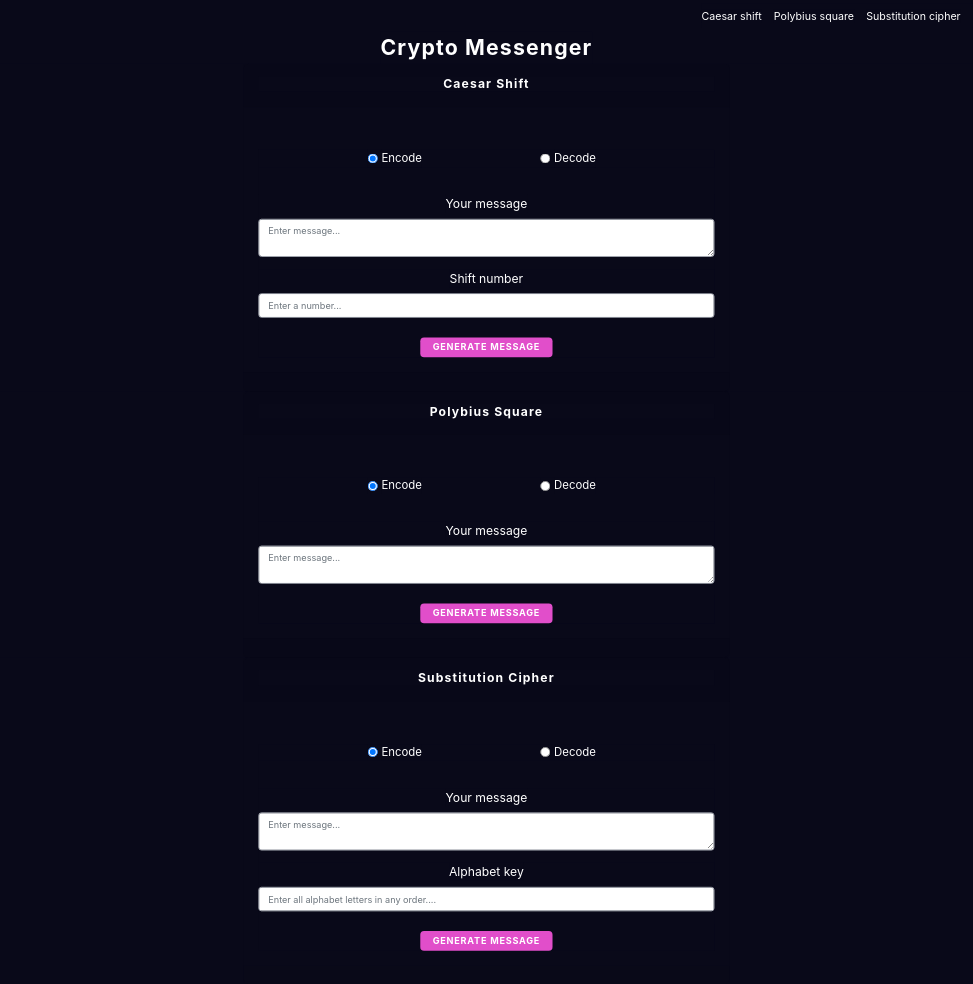
Repository: Rthompson2548/Project-Decoder-Ring
Page: index.html
An editor plug-in stored every save of this project. The page is shown before and after the next save, followed by the edit.
The browser window is 1280 px wide. The pictures show the whole page, at 76% of full size.

Above is the page before, as saved 2022-04-09 20:18:22.

### index.html
<!DOCTYPE html>
<html lang="en">

<head>
  <!-- Required meta tags -->
  <meta charset="utf-8" />
  <meta name="viewport" content="width=device-width, initial-scale=1, shrink-to-fit=no" />
  <link rel="icon" href="images/favicon.ico" />
  <link rel="stylesheet" type="text/css" href="index.css" />
  <link rel="stylesheet" href="https://stackpath.bootstrapcdn.com/bootstrap/4.5.2/css/bootstrap.min.css"
    integrity="sha384-JcKb8q3iqJ61gNV9KGb8thSsNjpSL0n8PARn9HuZOnIxN0hoP+VmmDGMN5t9UJ0Z" crossorigin="anonymous" />
<link rel="preconnect" href="https://fonts.googleapis.com">
<link rel="preconnect" href="https://fonts.gstatic.com" crossorigin>
<link href="https://fonts.googleapis.com/css2?family=Archivo&family=Montserrat&family=Work+Sans&display=swap"
  rel="stylesheet">
  <title>Crypto-Messenger</title>
</head>

<body>
  <header class="container-fluid border-0">
    <div class="nav-bar fixed-top">
      <div class="nav-bar">
        <a href="#caesar-shift"> <span class="nav-bar-item">
            Caesar shift
          </span> </a>
          <a href="#polybius-square"> <span class="nav-bar-item">
            Polybius square
          </span> </a>
          <a href="#substitution-cipher"> <span class="nav-bar-item">
            Substitution cipher
          </span> </a>
      </div>
    </div>
  </header>
  <main>
    <div class="header">
      <span class="page-title">
        Crypto Messenger
      </span>
      <!-- <p>Use ciphers to encode & decode messages</p> -->
      </div>

    <div class="page-content">
      <!-- Caesar Shift -->
      <section>
        <div class="language-card" id="caesar-shift">
          <div class="card-header">
            <h2 class="language-card-title">Caesar Shift</h2>
            </div>
            <div class="card-body">

            <form id="caesar">
<!-- encode/decode radio option buttons -->
              <div class="encode-decode-options">
                <!-- encode option radio button -->
                <div class="form-check form-check-inline">
                  <input class="form-check-input" type="radio" name="caesar-options" id="caesar-options-encode" value="encode" checked />

                  <label class="form-check-label" for="caesar-options-encode">
                    Encode
                  </label>

                </div>
<!-- decode option radio button -->
                <div class="form-check form-check-inline">
                  <input class="form-check-input" type="radio" name="caesar-options" id="caesar-options-decode" value="decode" />

                  <label class="form-check-label" for="caesar-options-decode">
                    Decode
                  </label>

                </div>
              </div>

              <div class="form-group">
                <label for="caesar-input">Your message</label>
                <textarea class="form-control" id="caesar-input" rows="2" placeholder="Enter message..."></textarea>
                </div>
                <div class="form-group">
                  <label for="caesar-shift">Shift number</label>
                  <input type="number" class="form-control" id="caesar-shift" placeholder="Enter a number..." />
                </div>
              <div class="submit-button-container">
                <button class="submit-button" type="submit">GENERATE MESSAGE</button>
              </div>
            </form>
            </div>
          <div id="caesar-alert" class="alert alert-danger d-none" role="alert"> Something went wrong! Check your input
            and the shift amount and try again. </div>
          <div class="card-footer"><span class="font-weight-bold" id="caesar-output"></span> </div>
          </div>
          </section>
      <!-- Polybius -->
      <section>
        <div class="language-card" id="polybius-square">
          <div class="card-header">
            <h2 class="language-card-title">Polybius Square</h2>
            </div>
            <div class="card-body">
            <!-- <p class="language-card-description"> The Polybius Square is a cipher that is achieved by arranging a
              typical alphabet into a grid. Each letter is represented through a coordinate. For example, in the above
              table, the letter "B" would be represented by the numerical pair "21". </p> -->
            <form id="polybius">
              <div class="encode-decode-options">
                <div class="form-check form-check-inline">
                  <input class="form-check-input" type="radio" name="polybius-options" id="polybius-options-encode" value="encode"
                    checked />
                  <label class="form-check-label" for="polybius-options-encode">Encode</label>
                </div>
                <div class="form-check form-check-inline">
                  <input class="form-check-input" type="radio" name="polybius-options" id="polybius-options-decode" value="decode" />
                  <label class="form-check-label" for="polybius-options-decode">Decode</label>
                </div>
              </div>
              <div class="form-group">
                <label for="polybius-input">Your message</label>
                <textarea class="form-control" id="polybius-input" rows="2" placeholder="Enter message..."></textarea>
                </div>
              <div class="submit-button-container">
                <button class="submit-button" type="submit">GENERATE MESSAGE</button>
              </div>
            </form>
            </div>
          <div id="polybius-alert" class="alert alert-danger d-none" role="alert"> Something went wrong! Check your
            input and try again. </div>
          <div class="card-footer"><span class="font-weight-bold" id="polybius-output"></span> </div>
          </div>
          </section>
      <!-- Substitution -->
      <section id="substitution-cipher">
        <div class="language-card">
          <div class="card-header">
            <h2 class="language-card-title">Substitution Cipher</h2>
            </div>
            <div class="card-body">

            <form id="substitution">
              <div class="encode-decode-options">
                <div class="form-check form-check-inline">
                  <input class="form-check-input" type="radio" name="substitution-options" id="substitution-options-encode"
                    value="encode" checked />
                  <label class="form-check-label" for="substitution-options-encode">Encode</label>
                </div>
                <div class="form-check form-check-inline">
                  <input class="form-check-input" type="radio" name="substitution-options" id="substitution-options-decode"
                    value="decode" />
                  <label class="form-check-label" for="substitution-options-decode">Decode</label>
                </div>
              </div>
              <div class="form-group">
                <label for="substitution-input">Your message</label>
                <textarea class="form-control" id="substitution-input" rows="2" placeholder="Enter message..."></textarea>
                </div>
                <div class="form-group">
                  <label for="substitution-alphabet">Alphabet key</label>
                  <input type="text" class="form-control" id="substitution-alphabet" maxlength="26"
                    placeholder="Enter all alphabet letters in any order...." />
                </div>
              <div class="submit-button-container">
                <button class="submit-button" type="submit">GENERATE MESSAGE</button>
              </div>
            </form>
            </div>
          <div id="substitution-alert" class="alert alert-danger rounded-0 d-none" role="alert"> Something went wrong!
            Check your input and alphabet key. </div>
          <div class="card-footer border-0"><span class="font-weight-bold" id="substitution-output"></span> </div>
          </div>
          </section>
    </div>

  </main>
  <script src="./scripts/setup.js"></script>
  <script src="./src/caesar.js"></script>
  <script src="./src/polybius.js"></script>
  <script src="./src/substitution.js"></script>
  <script src="./scripts/caesar.js"></script>
  <script src="./scripts/polybius.js"></script>
  <script src="./scripts/substitution.js"></script>
</body>

</html>

### index.css
* {
  background-color: rgb(9 9 25);
  color: #fff;
  margin: 0;
  padding: 0;
}

html, body, #page {
    /* height:100%; */
    /* width:100%; */
    margin:0;
    padding:0;
    font-family: 'Montserrat', sans-serif;
}

input, textarea {
  font-size: 12px !important;
}

.page-content {
  /* font-family: 'Space Mono', monospace; */
  align-items: center;
  /* width: 750px; */
}

.page-title {
  color: #fff;
  font-size: 28px;
  font-weight: bold;
  display: flex;
  letter-spacing: 1.5px;
  justify-content: center;
  margin-top: 42px;
}

.nav-bar {
  display: flex;
  justify-content: center;
  padding: 4px 0;
}

.nav-bar-item {
  font-size: 14px;
  margin-right: 16px;
}

.header {
  display: flex;
  justify-content: center;
}

.encode-decode-options {
  display: flex;
  justify-content: space-evenly;
  margin: 36px 0;
  font-size: 15px;
}

section {
  text-align: center;
}

label {

}

.language-card {
  display: inline-block;
  width: 50%;
  color: #000;
  border: none;
  border-radius: 8px;
  margin: 0 10%;
}

.language-card-title {
  font-size: 20px;
  font-weight: bold;
  letter-spacing: 1.5px;
  margin-top: 5px;
}

.language-card-description {
  font-size: 14px;
  line-height: 1.5rem;
  letter-spacing: 0.5px;
  margin-bottom: 18px;
}

.submit-button-container {
  display: flex;
  justify-content: center;
}

.submit-button {
  background-color: rgb(225 78 202);
  border: none;
  color: #fff;
  border-radius: 5px;
  padding: 4px 16px;
  margin-top: 10px;
  font-size: 12px;
  letter-spacing: 1px;
  font-weight: bold;
}

@media (min-width: 1000px) {

  .page-content {

  }

  .nav-bar {
    justify-content: end;
  }

  .language-card-title {
    font-size: 16px;
  }

  .language-card-description {
    font-size: 12px;
  }


}

### src/caesar.js
const caesarModule = (function() {
    function caesar(input, shift, encode = true) {
        if (!shift || shift === 0 || shift < -25 || shift > 25) return false;
        /* create a variable that takes the input value and converts it to lower case letters so that all characters have the correct ascii values */
        let word = input.toLowerCase().split("");

        /** will subtract the shift value from the word if "decode" to return the original letters of the word */
        if (!encode) shift = 0 - shift;
        // create a variable that maps each letter of the word
        const message = word.map((letter) => {
            let asciiValue = letter.charCodeAt(0) - 97;
            if (asciiValue < 0 || asciiValue > 26) return letter;

            /* add the ascii code value of the letter to the
            shift argument value to convert  it to the right
            character */
            asciiValue += shift;

            /* if the character's value is less than the 'a' value,
            add 26 to it so that it wraps around the alphabet. */
            if (asciiValue < 0) asciiValue += 26;
            asciiValue = asciiValue % 26;

            /* why do we add the ascii value to 97, which is 'a', if
            we already added it's ascii value to shift? Isn't that how
            we encode the message? */

            asciiValue += 97;

            /* user String.fromCharCode to connect the ascii
            code message back to letter values */
            return String.fromCharCode(asciiValue);
        });

        /* join each new character together to create a full word */
        return message.join("");
    }


    return {
        caesar,
    };
})();

module.exports = {
    caesar: caesarModule.caesar
};

### src/polybius.js
const polybiusModule = (function() {
    function polybius(input, encode = true) {
        /* create a variable that takes the input message, converts it all to lowercase, and use split to return an array of each letter separated by a single comma */
        const split = input.toLowerCase().split("");
        /* create an array of every letter(s) in the polybius square. This array will be separated into multiple inner arrays of letters within the array according to their row */
        const polybiusSquare = [
            ["a", "b", "c", "d", "e"],
            ["f", "g", "h", "(i/j)", "k"],
            ["l", "m", "n", "o", "p"],
            ["q", "r", "s", "t", "u"],
            ["v", "w", "x", "y", "z"],
        ];
        /* create an if statement for what to do if the inputted message should be encoded */
        if (encode) {
            /* create a variable that uses map method on the lowercase message */
            const codedMessage = split.map((letter) => {
                /* create a variable that takes each character from the inputted message array and converts it into it's unicode value. */
                const asciiLetterValue = letter.charCodeAt(0);
                /* use an if statement to return only characters between
                   lowercase 'a' and 'z' ascii values, as well as checking that
                   the character is not a space  */
                if ((asciiLetterValue < 97 || asciiLetterValue > 122) && asciiLetterValue != 32) return;
                /* run a for loop through the polybius square array */
                for (let i = 0; i < polybiusSquare.length; i++) {
                    /* run a for loop within that for loop through each inner array */
                    for (let j = 0; j < polybiusSquare[i].length; j++) {
                        if (polybiusSquare[i][j] === letter) return `${j + 1}${i + 1}`;
                        if (letter === "i" || letter === "j") return "42";
                        if (letter === " ") return " ";
                    }
                }
            });
            /* return the variable that split and lower case'd the original message argument */
            return codedMessage.join("");
        }

        /* decode */

        /* set a variable as an empty string to hold decoded message */
        let codedMessage = "";
        /* run a for loop through the message array, but increment i by 2, because each encoded character amounts to 2 number values */
        for (let i = 0; i < split.length; i += 2) {
            /* create an if statement that checks if the value in the message is a space */
            if (split[i] === " ") {
                /* if the value is true, then add a space string to the decoded message string */
                codedMessage += " ";
                /* switch incrementor to go back one "a" value in order to not include the next number in the string */
                i--;
                /* run a continue statement, which will terminate the i-1 incrementor and return back to a+=2 for the next numbers in the string*/
                continue;
            }
            if (!split[i + 1]) return false; // invalid number of characters
            codedMessage += polybiusSquare[split[i + 1] - 1][split[i] - 1];
        }
        // return the coded message

        return codedMessage;
    }

    return {
        polybius,
    };
})();

module.exports = {
    polybius: polybiusModule.polybius
};

### src/substitution.js
const substitutionModule = (function () {
/* helper function for message and both alphabet strings */
    function mapInput(message, alphabetA, alphabetB) {

        /* use the map method on the input message */
        return message.map((letter) => {
            const index = alphabetA.indexOf(letter);
            /* if statement that returns any characters that
             were not found in the string */
            if (index === -1) return letter;
            return alphabetB[index];
        });
    }

  function substitution(input, alphabet, encode = true) {
        if (!alphabet || alphabet.length != 26) return false;

        /* variable that takes the correct alphabet
        string and returns an array of the letters, separated by a comma */
        const abc = "abcdefghijklmnopqrstuvwxyz".split("");

        /* variable that takes the alphabet argument and
        returns it in lower case, separated by commas */
        const splitAlphabet = alphabet.toLowerCase().split("");

        /* variable that takes the message argument,
        and returns it converted to lower case and separated
        by commas */
        const message = input.toLowerCase().split("");

        /* use a nested for loop to compare the characters
          in the alphabet argument to check for uniqueness */
        for (let i = 0; i < splitAlphabet.length; i++) {
            for (let j = i + 1; j < splitAlphabet.length; j++) {
                if (splitAlphabet[i] === splitAlphabet[j]) return false;
            }
        }

        if (encode) return mapInput(message, abc, splitAlphabet).join("");
        return mapInput(message, splitAlphabet, abc).join("");
}

  return {
    substitution,
  };
})();

module.exports = { substitution: substitutionModule.substitution };

### scripts/caesar.js
function caesarRenderer() {

  const form = document.querySelector("#caesar");

  form.addEventListener("submit", (event) => {
    event.preventDefault();

    /** grabs input value via the textarea's id */
    const input = event.target["caesar-input"].value;

    /** direction will be either "encode" or "decode" */
    const direction = event.target["caesar-options"].value;

    /** grabs the value of the shift number input (aka the number to shift the message by) */
    const shift = event.target["caesar-shift"].value;

    /** sets the value of the shift in integer form */
    const result =
      direction === "encode"
        ? caesarModule.caesar(input, Number(shift))
        : caesarModule.caesar(input, Number(shift), false);

    const alert = document.querySelector("#caesar-alert");

    if (result) {
      alert.classList.add("d-none");
      const output = document.querySelector("#caesar-output");
      output.innerHTML = result;
    } else {
      alert.classList.remove("d-none");
    }
  });
}

document.addEventListener("DOMContentLoaded", caesarRenderer);

### scripts/polybius.js
function polybiusRenderer() {
  const form = document.querySelector("#polybius");
  form.addEventListener("submit", (event) => {
    event.preventDefault();

    const input = event.target["polybius-input"].value;
    const direction = event.target["polybius-options"].value;
    const result =
      direction === "encode"
        ? polybiusModule.polybius(input)
        : polybiusModule.polybius(input, false);

    const alert = document.querySelector("#polybius-alert");
    if (result) {
      alert.classList.add("d-none");
      const output = document.querySelector("#polybius-output");
      output.innerHTML = result;
    } else {
      alert.classList.remove("d-none");
    }
  });
}

document.addEventListener("DOMContentLoaded", polybiusRenderer);

### scripts/substitution.js
function substitutionRenderer() {
  const form = document.querySelector("#substitution");
  form.addEventListener("submit", (event) => {
    event.preventDefault();

    const input = event.target["substitution-input"].value;
    const direction = event.target["substitution-options"].value;
    const alphabet = event.target["substitution-alphabet"].value;
    const result =
      direction === "encode"
        ? substitutionModule.substitution(input, alphabet)
        : substitutionModule.substitution(input, alphabet, false);

    const alert = document.querySelector("#substitution-alert");
    if (result) {
      alert.classList.add("d-none");
      const output = document.querySelector("#substitution-output");
      output.innerHTML = result;
    } else {
      alert.classList.remove("d-none");
    }
  });
}

document.addEventListener("DOMContentLoaded", substitutionRenderer);

Loaded but not shown: scripts/setup.js (common file)

After the next save:
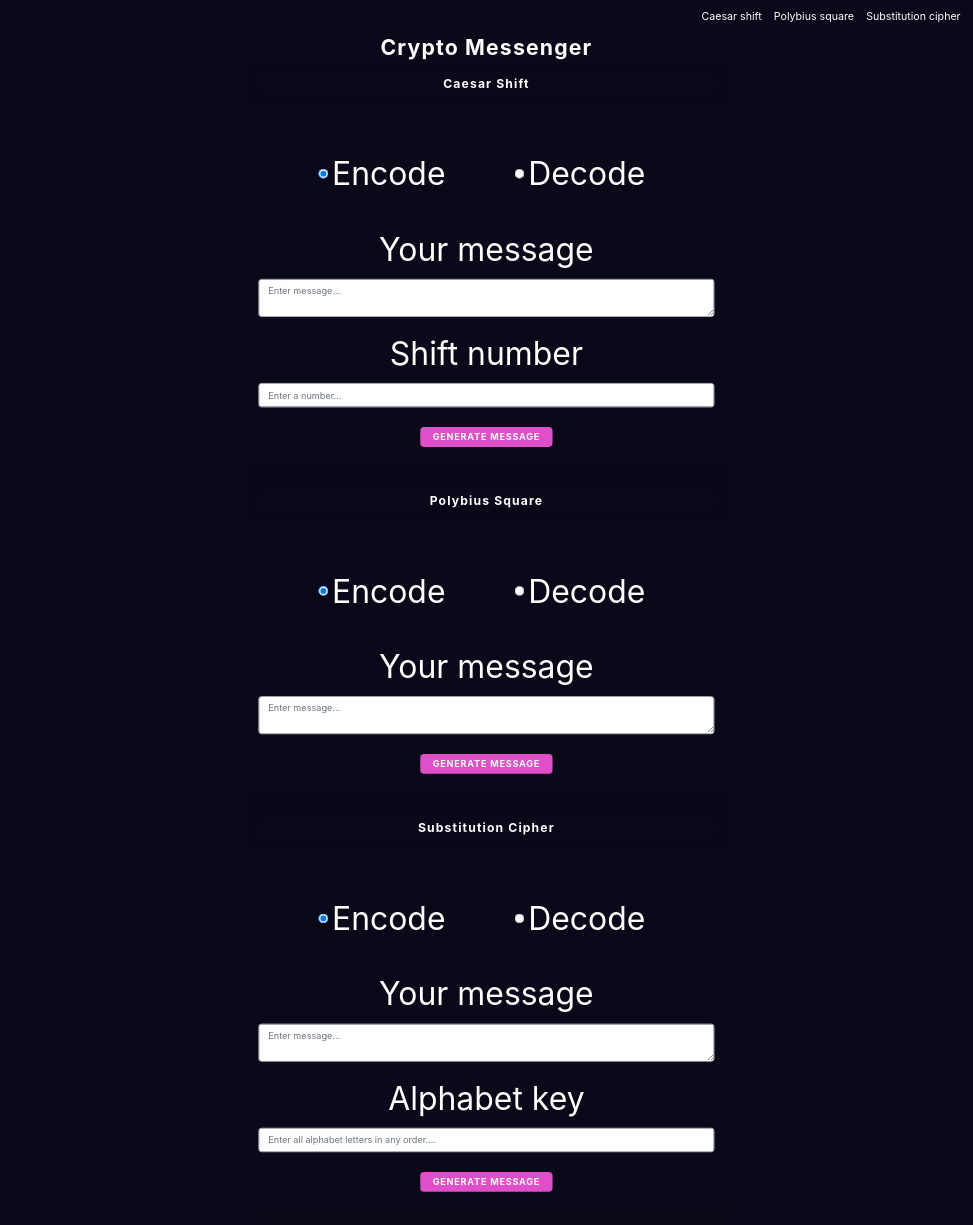
Saved 8 s later.
--- a/index.css
+++ b/index.css
@@ -61,7 +61,7 @@ section {
 }
 
 label {
-
+  font-size: 42px;
 }
 
 .language-card {
